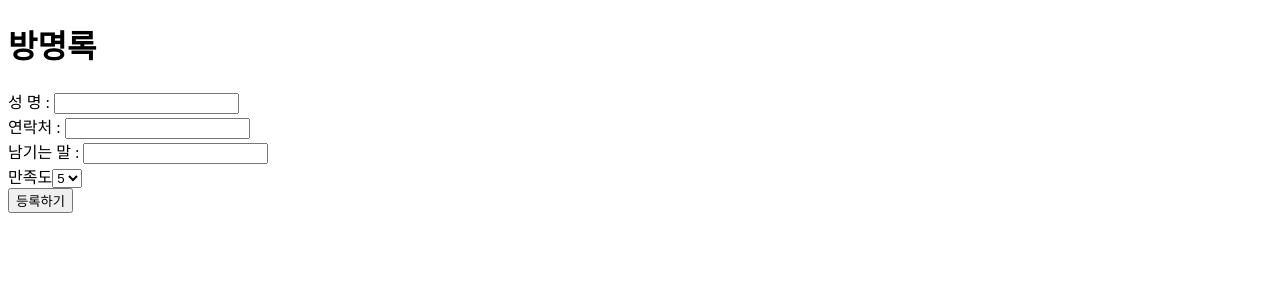
Repository: HyeongChank/P2VisitorCount
Page: http://localhost/P2VisitorCounter/Counter/Login.jsp
The author's editor kept a copy of each file at every save. The page is drawn from the files as they stood at one save, then again after the next save.
The browser window is 1280 px wide. The pictures show the whole page.
The page is served by Tomcat 9. Other server files are loaded and not shown. The template is opened directly, without the code that normally fills it, so the values that code supplies are empty.

Above is the page before, as saved 2023-04-05 01:35:06.
Console error: SyntaxError: Unexpected end of input

### P2VisitorCounter/src/main/webapp/Counter/Login.jsp
<%@ page language="java" contentType="text/html; charset=UTF-8"
    pageEncoding="UTF-8"%>
<%@ taglib prefix = "c" uri = "http://java.sun.com/jsp/jstl/core" %>
<!DOCTYPE html>
<html>
<head>
<meta charset="UTF-8">
<style>
	Bg.color = white;
	table{
		border : solid 1px black;
		background-color : skyblue;
	}
	tr{
		display : flex;
		justify-content : center;
		align-items : center;
		width : 80%;
	}
</style>
<title>Insert title here</title>
</head>

<body>
 	<h1>방명록</h1>

		<form name = "login" method = "get" action = "../Counterj/visitor.do" enctype = "multipart/form-data">
		<table style = "width : 80%">
 			<tr>성 명 : <input type = "text" name = "name" onsubmit = "return validateForm(this);"/></tr><br>
			<tr>연락처 : <input type = "tel" name = "tel"/></tr><br>
			<tr>남기는 말 : <input type = "text" name = "ment"/></tr><br>
			<tr><label for= "score">만족도</label>
				<select name = "score-m" id = "score">
					<option value = "5">5</option>
					<option value = "5">4</option>
					<option value = "5">3</option>
					<option value = "5">2</option>
					<option value = "5">1</option>
				</select></tr><br>
			<tr><button type = "submit">등록하기</button></tr>
		</table>
	</form>

	<h2>${num }</h2>
<script>
function validateForm(form){
	if(!form.name.value){
		alert("이름을 입력하세요.");
		return false;
	}
	if(!form.tel.value){
		alert("연락처를 입력하세요.");
		return false;
	}

</script>


</body>
</html>

After the next save:
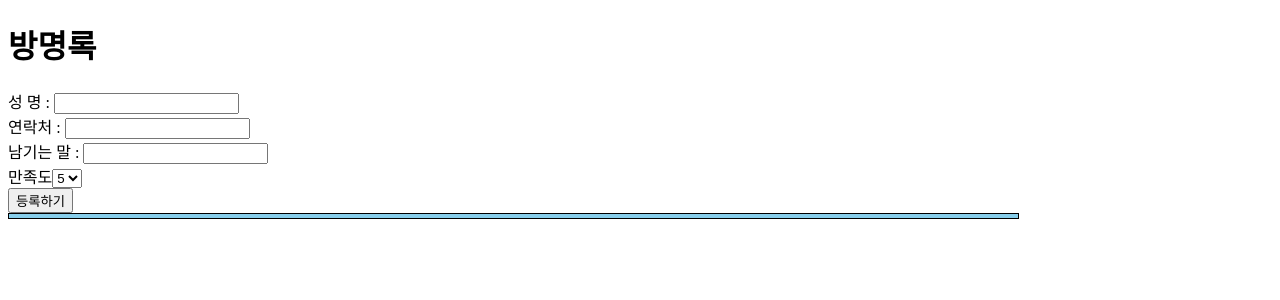
Saved 14 s later.
--- a/P2VisitorCounter/src/main/webapp/Counter/Login.jsp
+++ b/P2VisitorCounter/src/main/webapp/Counter/Login.jsp
@@ -6,7 +6,7 @@
 <head>
 <meta charset="UTF-8">
 <style>
-	Bg.color = white;
+
 	table{
 		border : solid 1px black;
 		background-color : skyblue;
